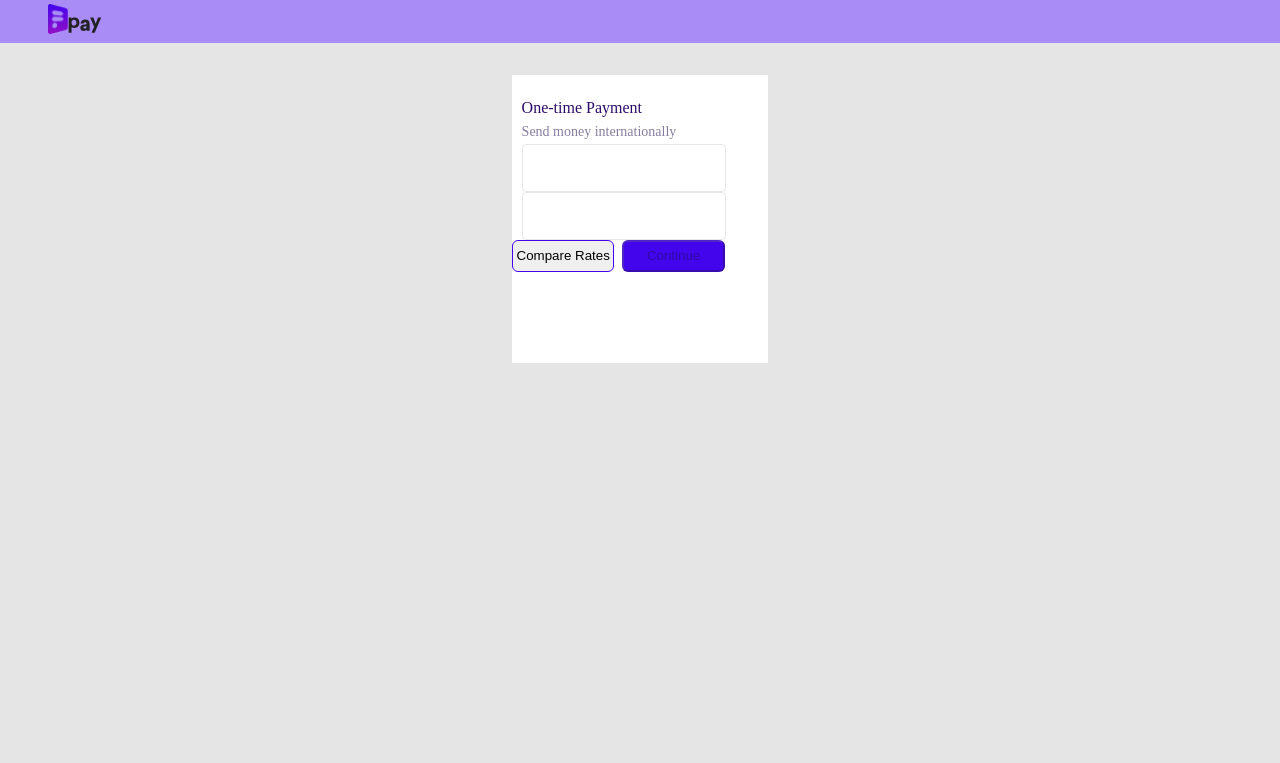
Repository: nilesjamex/fincra
Page: /
The author's editor kept a copy of each file at every save. The page is drawn from the files as they stood at one save, then again after the next save.
The browser window is 1280 px wide. The pictures show the whole page.
The project was rebuilt for these pictures with package versions that can differ from the ones it lists, and the page was loaded fresh each time. The framework's server and built-in components were replaced by stand-ins that run in the browser. Also part of the build but not shown: next.config.js.

Above is the page before, as saved 2021-11-01 15:17:29.

After the next save:
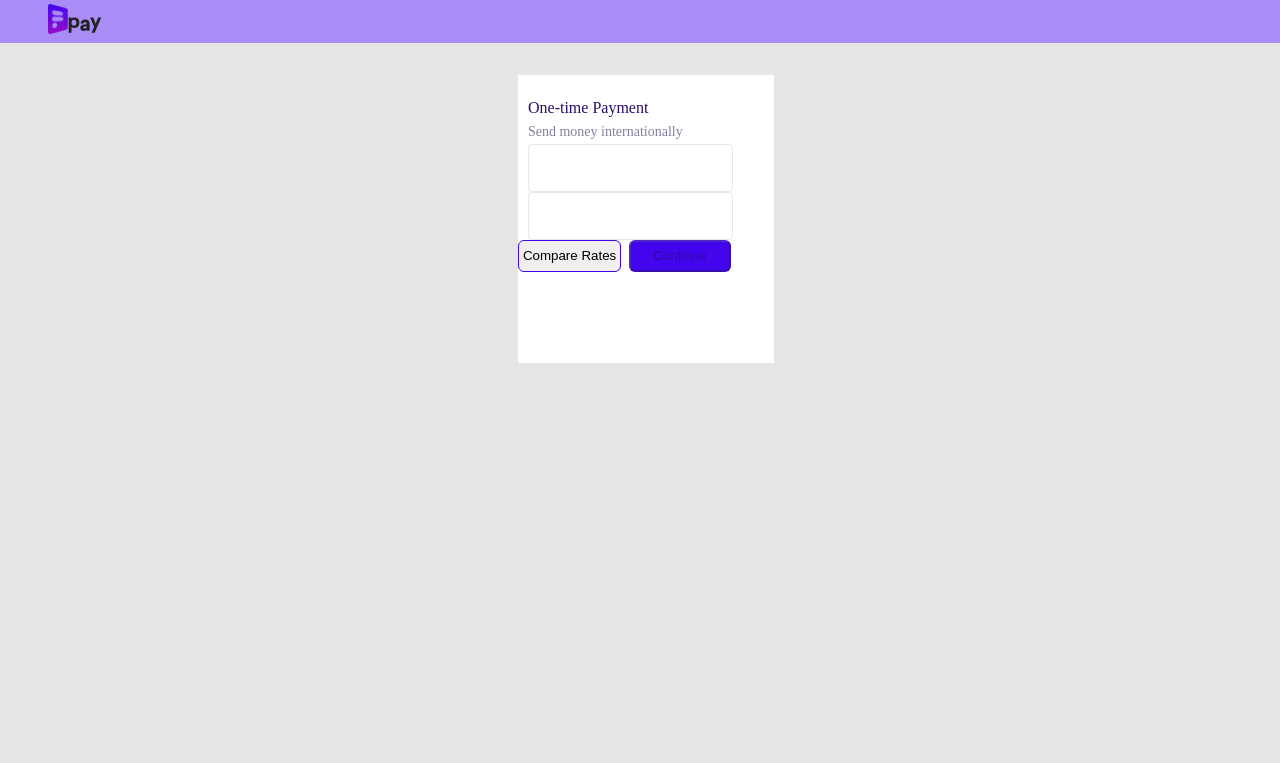
Saved 33 s later.
--- a/Components/pay.module.css
+++ b/Components/pay.module.css
@@ -6,6 +6,7 @@
 .container {
     background-color: #FFF;
     text-align: left;
+    margin-left: 0.8rem;
     width: 20vw;
     height: 40vh;
     margin-top: 2rem;

After the save that followed:
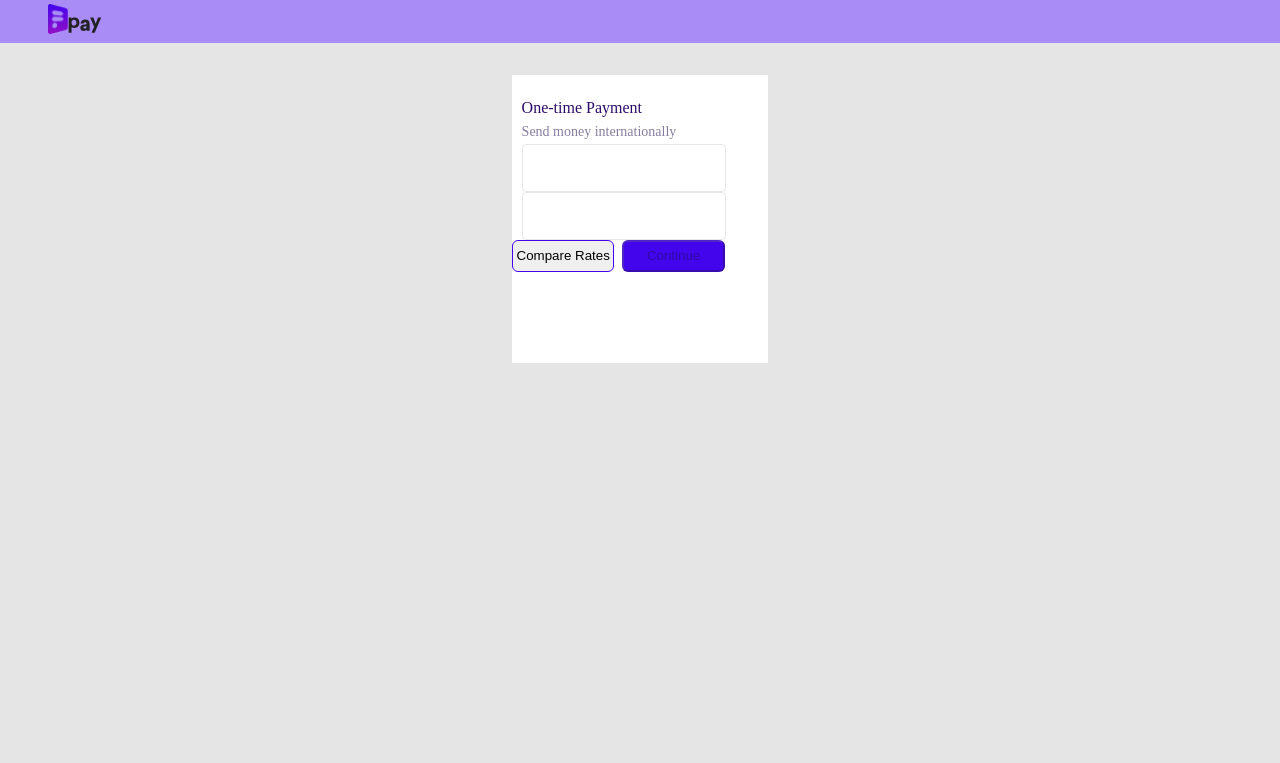
Saved 65 s later.
--- a/Components/pay.module.css
+++ b/Components/pay.module.css
@@ -6,7 +6,6 @@
 .container {
     background-color: #FFF;
     text-align: left;
-    margin-left: 0.8rem;
     width: 20vw;
     height: 40vh;
     margin-top: 2rem;
@@ -33,7 +32,7 @@
     color: #877E9E;
 }
 .payinfo label {
-
+    margin-left: 0.6rem;
 }
 .paymentinfo {
     display: block;
